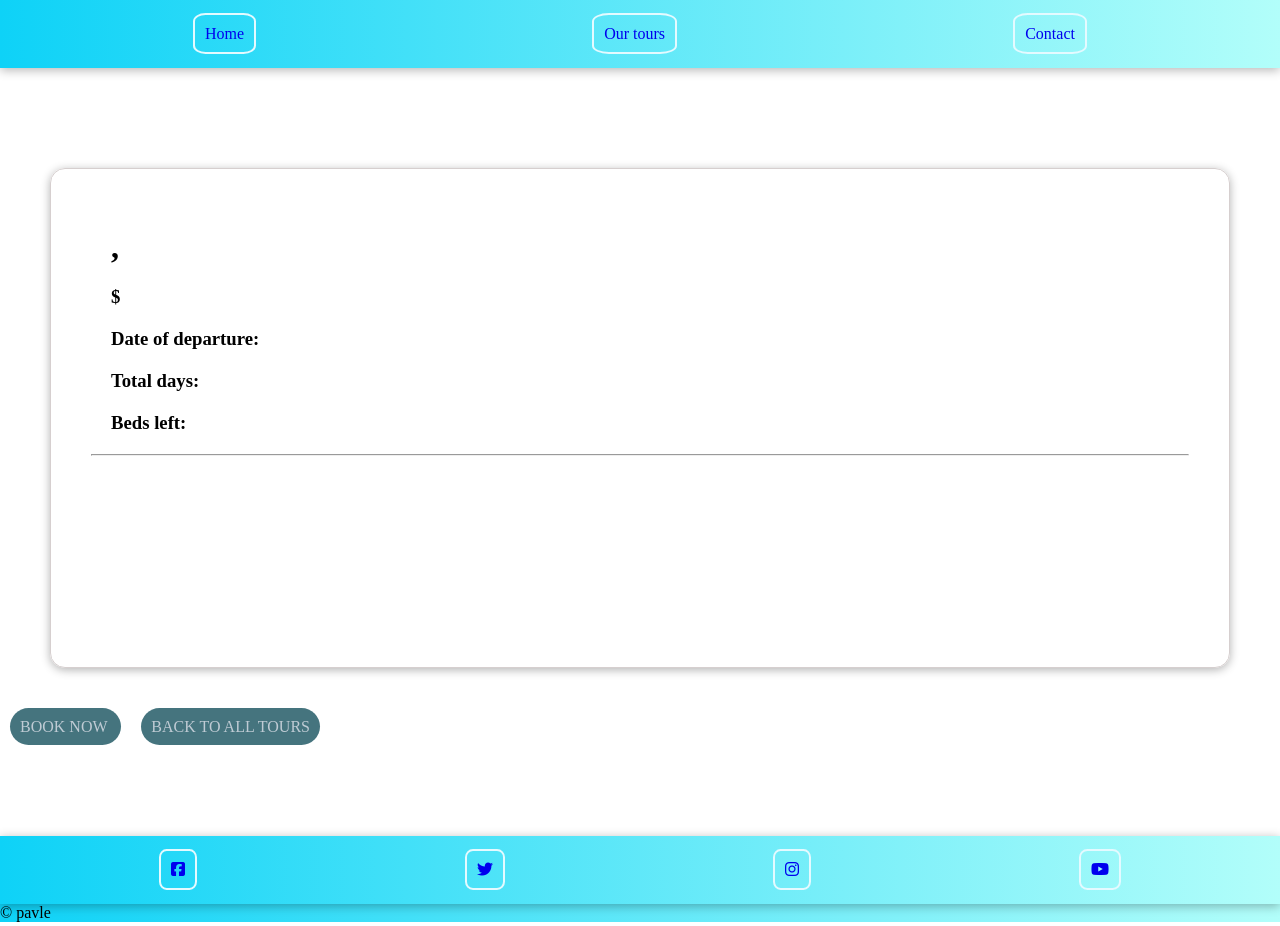
Repository: djpavle/tour_agency
Page: aplikacija/templates/aplikacija/tour_detail.html
The author's editor kept a copy of each file at every save. The page is drawn from the files as they stood at one save, then again after the next save.
The browser window is 1280 px wide. The pictures show the whole page.
Some web fonts or font styles are not loaded; a fallback is used. Some web libraries are served in a nearby version. The page is served by the project's application, run on Django 3.2 (manage.py). The template is opened directly, without the code that normally fills it, so the values that code supplies are empty.

Above is the page before, as saved 2020-07-14 09:02:11.

After the next save:
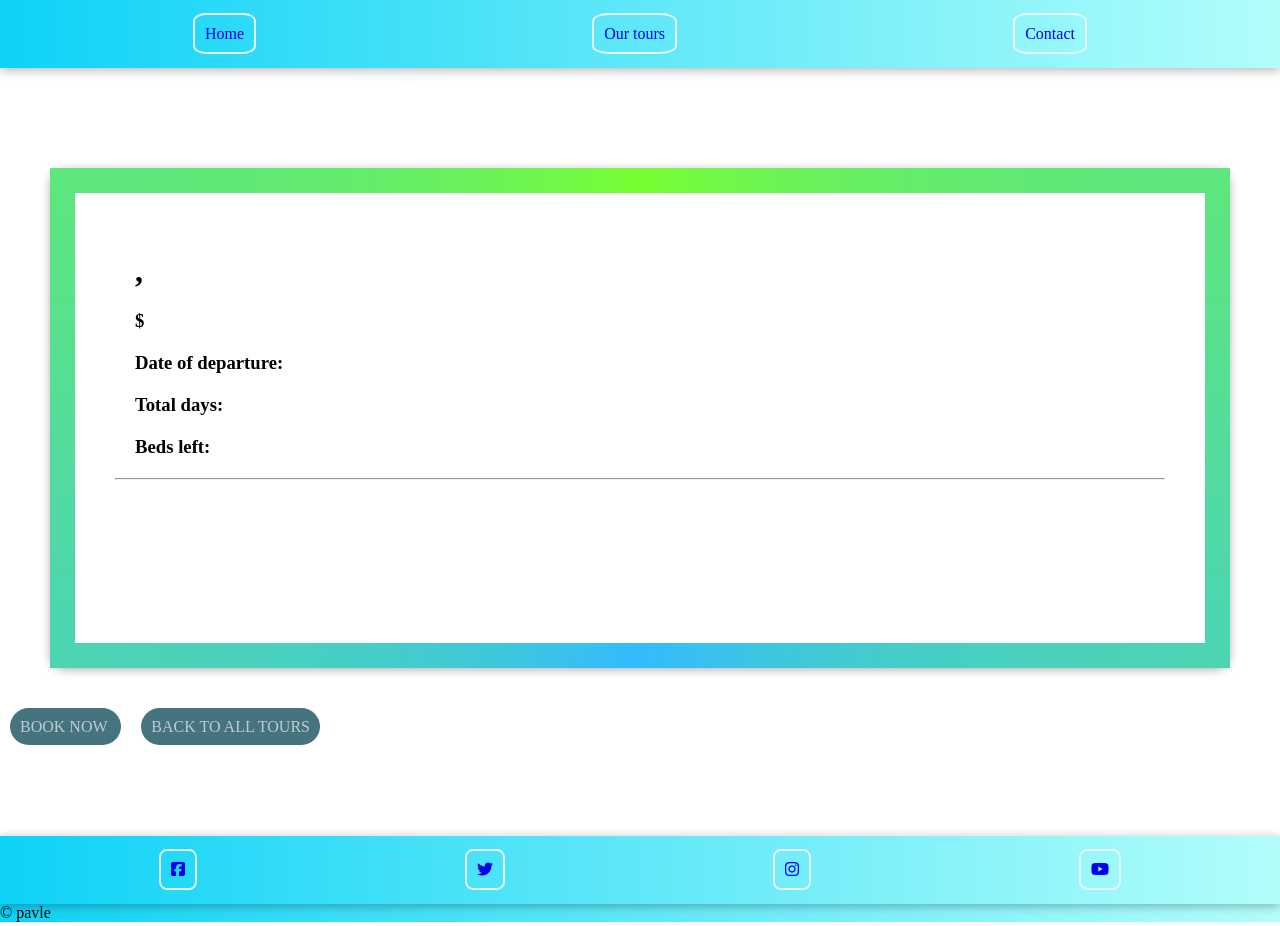
Saved 38 s later.
--- a/aplikacija/templates/aplikacija/tour_detail.html
+++ b/aplikacija/templates/aplikacija/tour_detail.html
@@ -2,7 +2,7 @@
 
 {% block content %}
 
-<div class="tourDetailTab">
+<div class="tourDetailTab mostPopularBorder">
 
     <h1>{{tour.destination}} , {{tour.country}}</h1>
 
